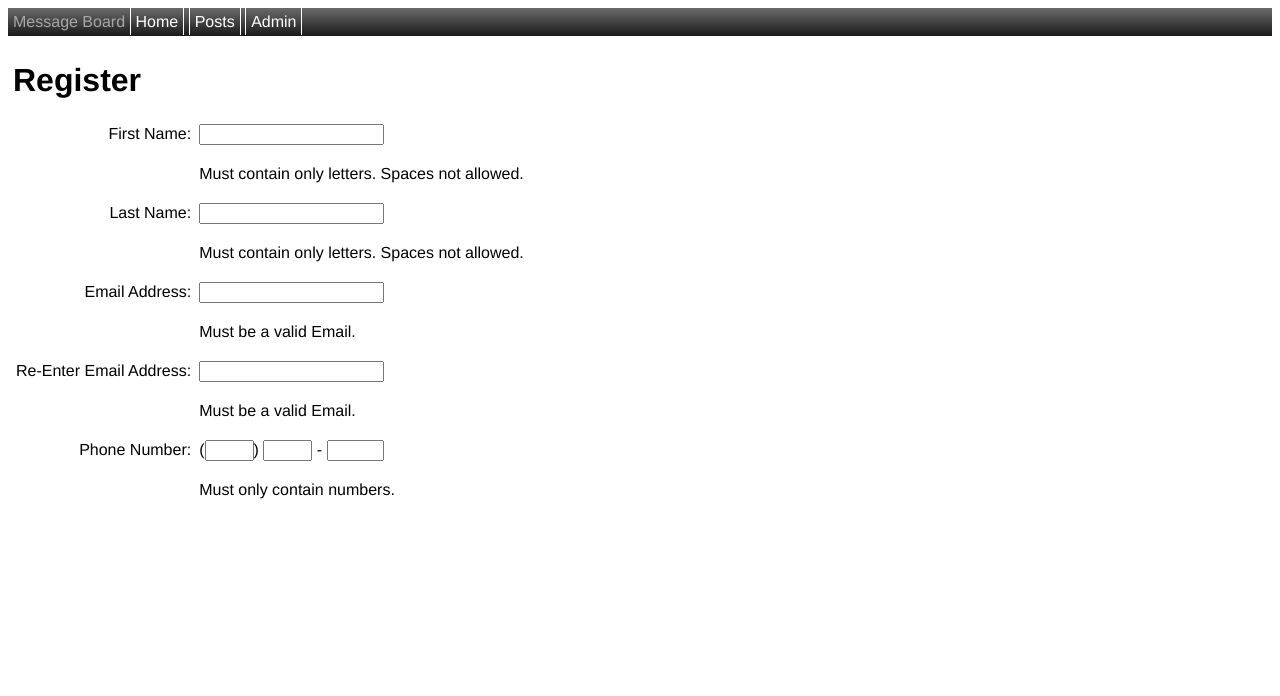
Repository: JesseFo/Whitespace
Page: whitespace/WebContent/WEB-INF/register.html
The author's editor kept a copy of each file at every save. The page is drawn from the files as they stood at one save, then again after the next save.
The browser window is 1280 px wide. The pictures show the whole page.

Above is the page before, as saved 2015-10-15 08:13:07.

### whitespace/WebContent/WEB-INF/register.html
<!DOCTYPE html>

<html>
	<head>
		<meta charset="ISO-8859-1">
		<title>COMP 3095 Message Board</title>
		<link rel="stylesheet" type="text/css" href="main.css">
	</head>

	<body>
		<div id="wrapper">
			<nav>
				Message Board
				<a href="#">Home</a>
				<a href="posts.html">Posts</a>
				<a href="#">Admin</a>
			</nav>

			<div id="content">
				<h1>Register</h1>
				<form action="#" method="post">
					<table>
						<tr>
							<td class="formlabel">First Name:</td>
							<td><input type="text" name="fname" /></td>
						</tr>
						<tr>
							<td>&nbsp;</td>
							<td><p>Must contain only letters. Spaces not allowed.</p></td>
						</tr>
						<tr>
							<td class="formlabel">Last Name:</td>
							<td><input type="text" name="lname" /></td>
						</tr>
						<tr>
							<td>&nbsp;</td>
							<td><p>Must contain only letters. Spaces not allowed.</p></td>
						</tr>
						<tr>
							<td class="formlabel">Email Address:</td>
							<td><input type="text" name="email" /></td>
						</tr>
						<tr>
							<td>&nbsp;</td>
							<td><p>Must be a valid Email.</p></td>
						</tr>
						<tr>
							<td class="formlabel">Re-Enter Email Address:</td>
							<td><input type="text" name="email2" /></td>
						</tr>
						<tr>
							<td>&nbsp;</td>
							<td><p>Must be a valid Email.</p></td>
						</tr>
						<tr>
							<td class="formlabel">Phone Number:</td>
							<td>
								(<input class="phone" type="text" name="phone1" maxlength="3" size="3" />)
								<input class="phone" type="text" name="phone2" maxlength="3" size="3" /> -
								<input class="phone" type="text" name="phone3" maxlength="4" size="4" />
							</td>
						</tr>
						<tr>
							<td>&nbsp;</td>
							<td><p>Must only contain numbers.</p></td>
						</tr>
					</table>
				</form>
			</div>
		</div>
	</body>
</html>

### whitespace/WebContent/WEB-INF/main.css
@CHARSET "ISO-8859-1";

#wrapper
{
	font-family: Helvetica, Arial, sans-serif;
}

nav
{
  background: -webkit-linear-gradient(#6A6A6A, #1A1A1A); /* For Safari 5.1 to 6.0 */
  background: -o-linear-gradient(#6A6A6A, #1A1A1A); /* For Opera 11.1 to 12.0 */
  background: -moz-linear-gradient(#6A6A6A, #1A1A1A); /* For Firefox 3.6 to 15 */
  background: linear-gradient(#6A6A6A, #1A1A1A); /* Standard syntax */
  color: #A6A6A6;
  padding: 5px
}

nav > a
{
	text-decoration: none;
	color: white;
	padding: 5px;
	border-left: 1px solid white;
	border-right: 1px solid white;
	margin: 0;
}

#content
{
	padding: 5px;
}

td
{
	padding-right: 5px;
}

.formlabel
{
	text-align: right;
}

After the next save:
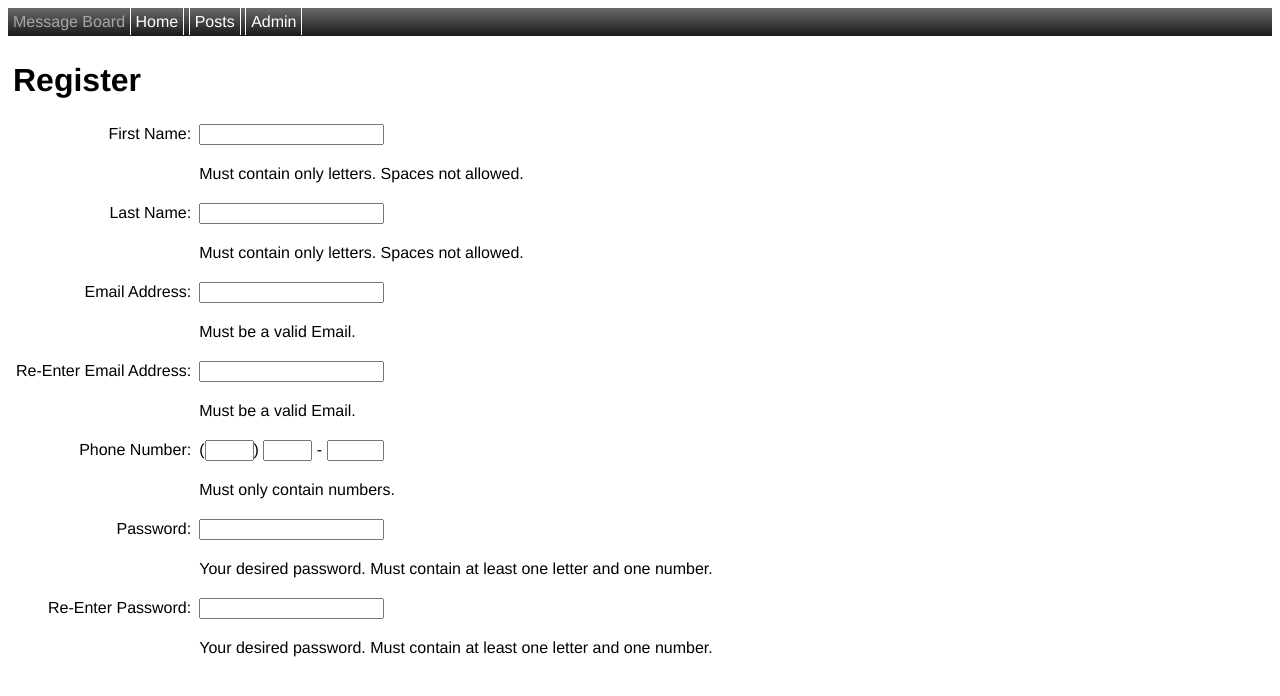
Saved 105 s later.
--- a/whitespace/WebContent/WEB-INF/register.html
+++ b/whitespace/WebContent/WEB-INF/register.html
@@ -64,6 +64,22 @@
 							<td>&nbsp;</td>
 							<td><p>Must only contain numbers.</p></td>
 						</tr>
+						<tr>
+							<td class="formlabel">Password:</td>
+							<td><input type="text" name="pword" /></td>
+						</tr>
+						<tr>
+							<td>&nbsp;</td>
+							<td><p>Your desired password. Must contain at least one letter and one number.</p></td>
+						</tr>
+						<tr>
+							<td class="formlabel">Re-Enter Password:</td>
+							<td><input type="text" name="pword2" /></td>
+						</tr>
+						<tr>
+							<td>&nbsp;</td>
+							<td><p>Your desired password. Must contain at least one letter and one number.</p></td>
+						</tr>
 					</table>
 				</form>
 			</div>
